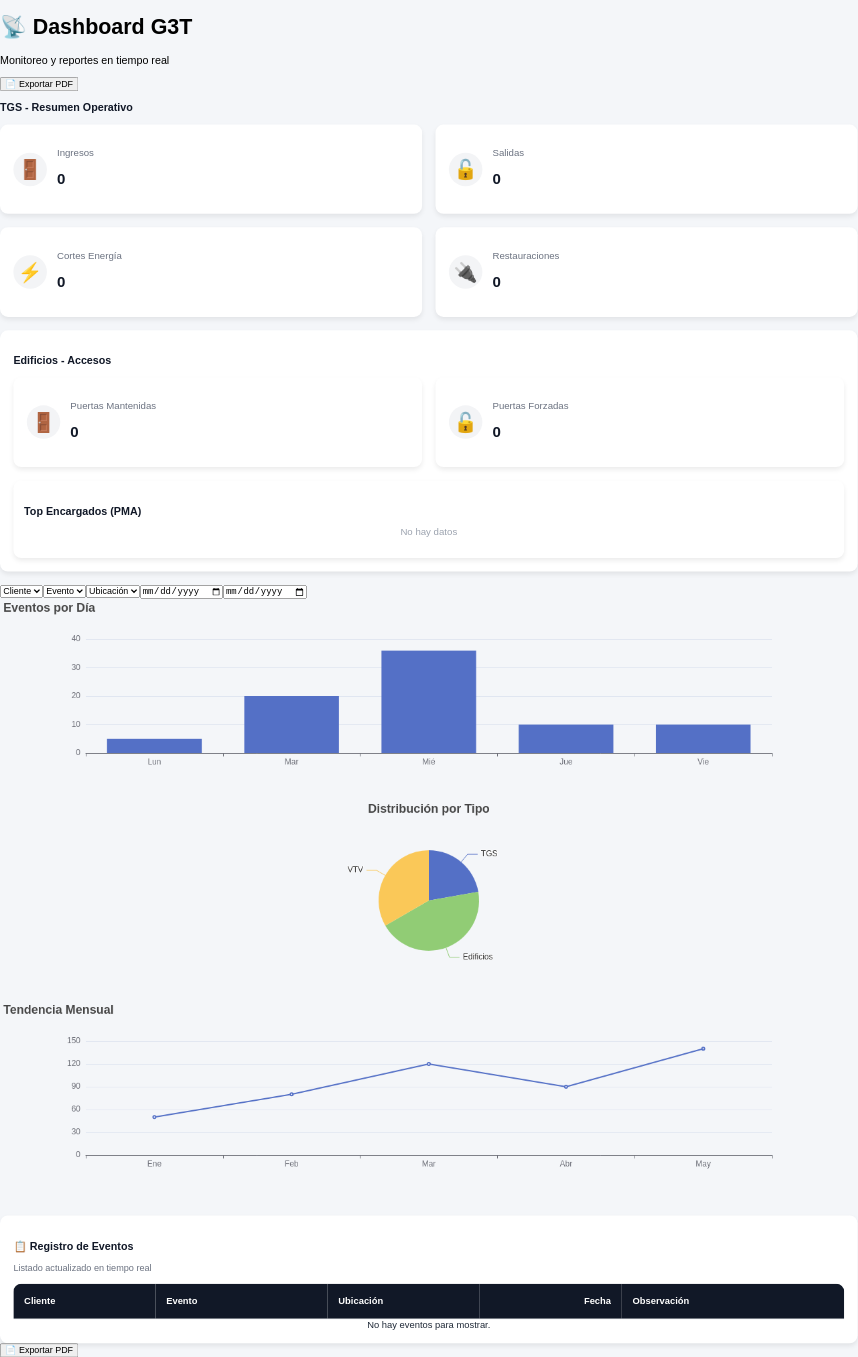
Repository: BBrian11/reportes
Page: /
The author's editor kept a copy of each file at every save. The page is drawn from the files as they stood at one save, then again after the next save.
The browser window is 1280 px wide. The pictures show the whole page, at 67% of full size.
The page's requests for data from a server got no answer. The project was rebuilt for these pictures with package versions that can differ from the ones it lists, and the page was loaded fresh each time. No one was signed in, and anything a server would have sent is missing. Also part of the build but not shown: vite.config.js, src/components/Dashboard/StatsCards.jsx, src/styles/form.css.

Above is the page before, as saved 2025-07-29 16:38:39.

### index.html
<!DOCTYPE html>
<html lang="es">
  <head>
    <meta charset="UTF-8" />
    <meta name="viewport" content="width=device-width, initial-scale=1.0" />
    <title>Dashboard G3T</title>
  </head>
  <body>
    <div id="root"></div>
    <script type="module" src="/src/main.jsx"></script>
  </body>
</html>

### src/main.jsx
import React from "react";
import ReactDOM from "react-dom/client";
import App from "./App.jsx";
import "./styles/dashboard.css";
import "./styles/form.css";

ReactDOM.createRoot(document.getElementById("root")).render(
  <React.StrictMode>
    <App />
  </React.StrictMode>
);

### src/App.jsx
import React from "react";
import Dashboard from "./components/Dashboard/Dashboard.jsx";

export default function App() {
  return <Dashboard />;
}

### src/styles/dashboard.css
body { font-family: Arial; margin: 0; background: #f4f6f9; }
.dashboard-banner { background: #203a43; color: #fff; padding: 15px; }
.stats-cards { display: flex; gap: 10px; margin: 10px; }
.card { background: white; padding: 15px; border-radius: 8px; box-shadow: 0 2px 6px rgba(0,0,0,0.1); }

### src/components/Dashboard/Dashboard.jsx
// src/components/Dashboard/Dashboard.jsx
import React, { useEffect, useState } from "react";
import Header from "./Header.jsx";
import StatsCards from "./StatsCards.jsx";
import Filters from "./Filters.jsx";
import Charts from "./Charts.jsx";
import EventsTable from "./EventsTable.jsx";
import ExportPDF from "./ExportPDF.jsx";

import { collection, onSnapshot } from "firebase/firestore";
import { db } from "../../services/firebase";
import "../../styles/dashboard.css";
import TgsStats from "./TgsStats.jsx";
import EdificioStats from "./EdificioStats.jsx";

export default function Dashboard() {
  const [eventos, setEventos] = useState([]);
  const [filtros, setFiltros] = useState({
    cliente: "",
    evento: "",
    ubicacion: "",
    fechaInicio: "",
    fechaFin: "",
  });

  // 🔹 Cargar datos de TODAS las colecciones
  useEffect(() => {
    const collections = [
      { path: "novedades/tgs/eventos", cliente: "TGS", eventoKey: "evento-tgs", ubicacionKey: "locaciones-tgs" },
      { path: "novedades/edificios/eventos", cliente: "Edificios", eventoKey: "evento-edificio" }, // 🔥 Sin ubicacionKey fijo
      { path: "novedades/vtv/eventos", cliente: "VTV", eventoKey: "evento-vtv", ubicacionKey: "planta-vtv" },
      { path: "novedades/barrios/eventos", cliente: "Barrios", eventoKey: "evento-barrios", ubicacionKey: "barrio" },
      { path: "novedades/otros/eventos", cliente: "Otros", eventoKey: "evento-otros", ubicacionKey: "otro" }
    ];


    const unsubscribes = collections.map(({ path, cliente, eventoKey, ubicacionKey }) =>
      onSnapshot(collection(db, path), (snapshot) => {
        const nuevos = snapshot.docs.map((doc) => {
          const d = doc.data();

          let ubicacion = "Sin Ubicación";

          if (cliente === "Edificios") {
            // ✅ Armar la ubicación con Edificio + Unidad
            const edificio = d["edificio"] || "";
            const unidad = d["unidad"] ? ` - ${d["unidad"]}` : "";
            ubicacion = edificio ? edificio + unidad : "Sin Ubicación";
          } else {
            // ✅ Para los demás clientes usamos ubicacionKey
            ubicacion = d[ubicacionKey] || "Sin Ubicación";
          }

          return {
            id: doc.id,
            cliente,
            evento: d[eventoKey] || "Sin Evento",
            ubicacion,
            fecha: d.fechaHoraEnvio
              ? new Date(d.fechaHoraEnvio.seconds * 1000).toLocaleString("es-AR")
              : "Sin Fecha",
            observacion: d[`observaciones-${cliente.toLowerCase()}`] || "Sin Observación",
          };
        });


        setEventos((prev) => {
          const filtradosPrev = prev.filter((e) => e.cliente !== cliente);
          return [...filtradosPrev, ...nuevos];
        });
      })
    );

    return () => unsubscribes.forEach((unsub) => unsub());
  }, []);

  // 🔍 Aplicar filtros
  const eventosFiltrados = eventos.filter((e) => {
    const fecha = new Date(e.fecha);
    const fechaInicio = filtros.fechaInicio ? new Date(filtros.fechaInicio) : null;
    const fechaFin = filtros.fechaFin ? new Date(filtros.fechaFin) : null;

    return (
      (!filtros.cliente || e.cliente === filtros.cliente) &&
      (!filtros.evento || e.evento === filtros.evento) &&
      (!filtros.ubicacion || e.ubicacion === filtros.ubicacion) &&
      (!fechaInicio || fecha >= fechaInicio) &&
      (!fechaFin || fecha <= fechaFin)
    );
  });

  return (
    <div className="dashboard-container">
      <Header />

      <TgsStats eventos={eventosFiltrados} />
      <EdificioStats eventos={eventosFiltrados} />
      <Filters filtros={filtros} setFiltros={setFiltros} eventos={eventos} />
      <Charts eventos={eventosFiltrados} />
      <EventsTable eventos={eventosFiltrados} />
      <ExportPDF eventos={eventosFiltrados} />
    </div>
  );

}

### src/components/Dashboard/Header.jsx
import React from 'react';

export default function Header() {
  return (
    <div className="bg-gradient-to-r from-blue-700 to-indigo-800 text-white p-4 rounded-lg shadow-md flex justify-between items-center mb-4">
      <div>
        <h1 className="text-xl font-bold">📡 Dashboard G3T</h1>
        <p className="text-sm">Monitoreo y reportes en tiempo real</p>
      </div>
      <button className="bg-white text-blue-900 px-4 py-2 rounded shadow hover:bg-gray-200 transition">
        📄 Exportar PDF
      </button>
    </div>
  );
}

### src/components/Dashboard/Filters.jsx
import React from 'react';

export default function Filters() {
  return (
    <div className="bg-white p-4 rounded-lg shadow mb-4 flex flex-wrap gap-2">
      <select className="border p-2 rounded w-full md:w-auto">
        <option>Cliente</option>
      </select>
      <select className="border p-2 rounded w-full md:w-auto">
        <option>Evento</option>
      </select>
      <select className="border p-2 rounded w-full md:w-auto">
        <option>Ubicación</option>
      </select>
      <input type="date" className="border p-2 rounded w-full md:w-auto" />
      <input type="date" className="border p-2 rounded w-full md:w-auto" />
    </div>
  );
}

### src/components/Dashboard/Charts.jsx
import React from 'react';
import BarChart from './BarChart.jsx';
import PieChart from './PieChart.jsx';
import LineChart from './LineChart.jsx';

export default function Charts() {
  return (
    <div className="grid grid-cols-1 lg:grid-cols-3 gap-4 mb-4">
      <BarChart />
      <PieChart />
      <LineChart />
    </div>
  );
}

### src/components/Dashboard/EventsTable.jsx
import React from "react";
import DataTable, { createTheme } from "react-data-table-component";
import "../../styles/eventstable.css";

// ✅ Tema personalizado para DataTable
createTheme("g3tTheme", {
  text: {
    primary: "#1f2937",
    secondary: "#6b7280",
  },
  background: {
    default: "#ffffff",
  },
  context: {
    background: "#2563eb",
    text: "#FFFFFF",
  },
  divider: {
    default: "#e5e7eb",
  },
  action: {
    button: "rgba(0,0,0,.54)",
    hover: "rgba(0,0,0,.08)",
    disabled: "rgba(0,0,0,.12)",
  },
});

export default function EventsTable({ eventos }) {
  const columns = [
    { name: "Cliente", selector: row => row.cliente, sortable: true, grow: 1.2 },
    { name: "Evento", selector: row => row.evento, sortable: true, grow: 1.5 },
    { name: "Ubicación", selector: row => row.ubicacion, grow: 1.3 },
    { name: "Fecha", selector: row => row.fecha, sortable: true, right: true, grow: 1.2 },
    { name: "Observación", selector: row => row.observacion, grow: 2, wrap: true },
  ];

  const customStyles = {
    headCells: {
      style: {
        fontWeight: "700",
        fontSize: "14px",
        backgroundColor: "#111827",
        color: "#fff",
        paddingTop: "12px",
        paddingBottom: "12px",
      },
    },
    cells: {
      style: {
        fontSize: "13px",
        paddingTop: "8px",
        paddingBottom: "8px",
      },
    },
    rows: {
      style: {
        "&:hover": {
          backgroundColor: "#f3f4f6",
          cursor: "pointer",
        },
      },
    },
  };

  return (
    <div className="event-table-card">
      <div className="table-header">
        <h3 className="table-title">
          📋 Registro de Eventos
        </h3>
        <span className="table-subtitle">Listado actualizado en tiempo real</span>
      </div>
      <DataTable
        columns={columns}
        data={eventos}
        pagination
        highlightOnHover
        responsive
        persistTableHead
        striped
        noDataComponent="No hay eventos para mostrar."
        theme="g3tTheme"
        customStyles={customStyles}
        paginationPerPage={10}
        paginationRowsPerPageOptions={[10, 20, 50]}
        fixedHeader
        fixedHeaderScrollHeight="400px"
      />
    </div>
  );
}

### src/components/Dashboard/ExportPDF.jsx
import React from 'react';

export default function ExportPDF() {
  const handleExport = () => {
    alert('Generación de PDF en desarrollo');
  };

  return (
    <div className="text-center mb-4">
      <button
        onClick={handleExport}
        className="bg-blue-600 text-white px-6 py-2 rounded shadow hover:bg-blue-700 transition"
      >
        📄 Exportar PDF
      </button>
    </div>
  );
}

### src/services/firebase.js
import { initializeApp } from "firebase/app";
import { getFirestore } from "firebase/firestore";
import { getAuth } from "firebase/auth";

const firebaseConfig = {
  apiKey: "AIzaSyCZcj7AOQoXHHn1vDiyoCQbDIQRMfvhOlA",
  authDomain: "reportesg3t.firebaseapp.com",
  projectId: "reportesg3t",
  storageBucket: "reportesg3t.appspot.com",
  messagingSenderId: "571918948751",
  appId: "1:571918948751:web:055d012f4e1f3f8de5d3fa"
};

const app = initializeApp(firebaseConfig);
export const db = getFirestore(app);
export const auth = getAuth(app);

### src/components/Dashboard/TgsStats.jsx
import React from "react";
import "../../styles/tgsstats.css";

export default function TgsStats({ eventos }) {
  const aperturas = eventos.filter(e => e.evento.includes("Ingreso de Personal")).length;
  const cierres = eventos.filter(e => e.evento.includes("Salida de Personal")).length;
  const cortes = eventos.filter(e => e.evento.includes("Corte de energía eléctrica")).length;
  const restauraciones = eventos.filter(e => e.evento.includes("Restauración de energía eléctrica")).length;

  const stats = [
    { icon: "🚪", label: "Ingresos", value: aperturas },
    { icon: "🔓", label: "Salidas", value: cierres },
    { icon: "⚡", label: "Cortes Energía", value: cortes },
    { icon: "🔌", label: "Restauraciones", value: restauraciones },
  ];

  return (
    <div className="tgs-card">
      <h3 className="section-title">TGS - Resumen Operativo</h3>
      <div className="stats-grid">
        {stats.map((item, idx) => (
          <div key={idx} className="stats-card">
            <div className="stats-icon">{item.icon}</div>
            <div>
              <p className="stats-title">{item.label}</p>
              <h2 className="stats-value">{item.value}</h2>
            </div>
          </div>
        ))}
      </div>
    </div>
  );
}

### src/components/Dashboard/EdificioStats.jsx
import React from "react";
import "../../styles/edificiostats.css";

export default function EdificioStats({ eventos }) {
  const totalPMA = eventos.filter(e => e.evento.includes("Puerta Mantenida Abierta")).length;
  const totalForzada = eventos.filter(e => e.evento.includes("Puerta Forzada")).length;

  const encargados = {};
  eventos.forEach(e => {
    if (e.evento.includes("Puerta Mantenida Abierta") && e.observacion?.includes("Encargado")) {
      encargados[e.observacion] = (encargados[e.observacion] || 0) + 1;
    }
  });

  const topEncargados = Object.entries(encargados).sort((a, b) => b[1] - a[1]).slice(0, 5);

  return (
    <div className="edificio-card">
      <h3 className="section-title">Edificios - Accesos</h3>

      {/* KPIs */}
      <div className="stats-grid">
        <div className="stats-card">
          <div className="stats-icon">🚪</div>
          <div>
            <p className="stats-title">Puertas Mantenidas</p>
            <h2 className="stats-value">{totalPMA}</h2>
          </div>
        </div>
        <div className="stats-card">
          <div className="stats-icon">🔓</div>
          <div>
            <p className="stats-title">Puertas Forzadas</p>
            <h2 className="stats-value">{totalForzada}</h2>
          </div>
        </div>
      </div>

      {/* Ranking como card */}
      <div className="ranking-card">
        <h4 className="ranking-title">Top Encargados (PMA)</h4>
        {topEncargados.length > 0 ? (
          <ul className="ranking-list">
            {topEncargados.map(([nombre, count], idx) => (
              <li key={idx} className="ranking-item">
                <span className="ranking-name">{nombre}</span>
                <span className="ranking-count">{count}</span>
              </li>
            ))}
          </ul>
        ) : (
          <p className="ranking-empty">No hay datos</p>
        )}
      </div>
    </div>
  );
}

### src/styles/statscards.css
.stats-grid {
    display: grid;
    grid-template-columns: 1fr;
    gap: 20px;
    margin-bottom: 20px;
  }

  @media (min-width: 768px) {
    .stats-grid {
      grid-template-columns: repeat(3, 1fr);
    }
  }

  .stats-card {
    background: #fff;
    padding: 20px;
    border-radius: 12px;
    box-shadow: 0 4px 8px rgba(0,0,0,0.08);
    display: flex;
    align-items: center;
    gap: 15px;
    transition: transform 0.2s ease, box-shadow 0.2s ease;
  }

  .stats-card:hover {
    transform: translateY(-4px);
    box-shadow: 0 8px 16px rgba(0,0,0,0.12);
  }

  .stats-icon {
    font-size: 2rem;
    background: #f3f4f6;
    border-radius: 50%;
    width: 50px;
    height: 50px;
    display: flex;
    align-items: center;
    justify-content: center;
  }

  .stats-title {
    font-size: 0.9rem;
    color: #6b7280;
    font-weight: 500;
  }

  .stats-value {
    font-size: 1.4rem;
    font-weight: bold;
    color: #111827;
  }

  .loading-message {
    text-align: center;
    font-size: 1rem;
    color: #9ca3af;
  }

### src/components/Dashboard/BarChart.jsx
import React, { useEffect } from 'react';
import * as echarts from 'echarts';

export default function BarChart() {
  useEffect(() => {
    const chart = echarts.init(document.getElementById('barChart'));
    chart.setOption({
      title: { text: 'Eventos por Día' },
      tooltip: {},
      xAxis: { data: ['Lun', 'Mar', 'Mié', 'Jue', 'Vie'] },
      yAxis: {},
      series: [{ type: 'bar', data: [5, 20, 36, 10, 10] }]
    });
  }, []);

  return <div id="barChart" style={{ height: '300px' }} className="bg-white rounded-lg shadow p-2"></div>;
}

### src/components/Dashboard/PieChart.jsx
import React, { useEffect } from 'react';
import * as echarts from 'echarts';

export default function PieChart() {
  useEffect(() => {
    const chart = echarts.init(document.getElementById('pieChart'));
    chart.setOption({
      title: { text: 'Distribución por Tipo', left: 'center' },
      series: [
        {
          type: 'pie',
          radius: '50%',
          data: [
            { value: 10, name: 'TGS' },
            { value: 20, name: 'Edificios' },
            { value: 15, name: 'VTV' }
          ]
        }
      ]
    });
  }, []);

  return <div id="pieChart" style={{ height: '300px' }} className="bg-white rounded-lg shadow p-2"></div>;
}

### src/components/Dashboard/LineChart.jsx
import React, { useEffect } from 'react';
import * as echarts from 'echarts';

export default function LineChart() {
  useEffect(() => {
    const chart = echarts.init(document.getElementById('lineChart'));
    chart.setOption({
      title: { text: 'Tendencia Mensual' },
      xAxis: { type: 'category', data: ['Ene', 'Feb', 'Mar', 'Abr', 'May'] },
      yAxis: { type: 'value' },
      series: [{ data: [50, 80, 120, 90, 140], type: 'line' }]
    });
  }, []);

  return <div id="lineChart" style={{ height: '300px' }} className="bg-white rounded-lg shadow p-2"></div>;
}

### src/styles/eventstable.css
.event-table-card {
    background: #fff;
    border-radius: 12px;
    box-shadow: 0 4px 8px rgba(0,0,0,0.08);
    padding: 20px;
    margin-top: 20px;
    overflow: hidden;
  }

  .table-header {
    display: flex;
    flex-direction: column;
    margin-bottom: 16px;
  }

  .table-title {
    font-size: 1rem;
    font-weight: 700;
    color: #111827;
    display: flex;
    align-items: center;
    gap: 8px;
  }

  .table-subtitle {
    font-size: 0.85rem;
    color: #6b7280;
  }

  .rdt_TableHeader {
    border-bottom: 1px solid #e5e7eb;
  }

  .rdt_Table {
    font-size: 14px;
  }

  .rdt_TableRow {
    transition: background 0.2s ease;
  }

  .rdt_TableRow:hover {
    background: #f9fafb;
  }

  .rdt_Pagination {
    border-top: 1px solid #e5e7eb;
    padding: 10px;
    font-size: 0.85rem;
  }

### src/styles/tgsstats.css
.section-title {
    font-size: 1rem;
    font-weight: bold;
    margin-bottom: 16px;
    color: #111827;
  }

  .stats-grid {
    display: grid;
    grid-template-columns: 1fr;
    gap: 20px;
  }

  @media (min-width: 768px) {
    .stats-grid {
      grid-template-columns: repeat(2, 1fr);
    }
  }

  .stats-card {
    background: #fff;
    padding: 20px;
    border-radius: 12px;
    box-shadow: 0 4px 8px rgba(0,0,0,0.08);
    display: flex;
    align-items: center;
    gap: 15px;
    transition: transform 0.2s ease, box-shadow 0.2s ease;
  }

  .stats-card:hover {
    transform: translateY(-4px);
    box-shadow: 0 8px 16px rgba(0,0,0,0.12);
  }

  .stats-icon {
    font-size: 1.8rem;
    background: #f3f4f6;
    border-radius: 50%;
    width: 50px;
    height: 50px;
    display: flex;
    align-items: center;
    justify-content: center;
  }

  .stats-title {
    font-size: 0.9rem;
    color: #6b7280;
    font-weight: 500;
  }

  .stats-value {
    font-size: 1.4rem;
    font-weight: bold;
    color: #111827;
  }

  .ranking-card {
    margin-top: 20px;
    background: #fff;
    padding: 16px;
    border-radius: 12px;
    box-shadow: 0 4px 8px rgba(0,0,0,0.08);
  }

  .ranking-card ul {
    list-style: none;
    padding: 0;
  }

  .ranking-card li {
    display: flex;
    justify-content: space-between;
    padding: 6px 0;
    font-size: 0.9rem;
  }

### src/styles/edificiostats.css
/* Card contenedor */
.edificio-card {
    background: #fff;
    border-radius: 12px;
    padding: 20px;
    margin-bottom: 20px;
    box-shadow: 0 4px 8px rgba(0,0,0,0.08);
  }

  /* Ranking Card */
  .ranking-card {
    margin-top: 20px;
    background: #fff;
    border-radius: 12px;
    padding: 16px;
    box-shadow: 0 4px 8px rgba(0,0,0,0.08);
    max-height: 250px;
    overflow-y: auto;
  }

  .ranking-title {
    font-size: 1rem;
    font-weight: 600;
    color: #111827;
    margin-bottom: 12px;
  }

  /* Lista */
  .ranking-list {
    list-style: none;
    padding: 0;
    margin: 0;
  }

  /* Ítems */
  .ranking-item {
    display: flex;
    justify-content: space-between;
    align-items: center;
    padding: 10px 12px;
    background: #f9fafb;
    border-radius: 8px;
    margin-bottom: 8px;
    font-size: 0.95rem;
    font-weight: 500;
    color: #374151;
    transition: background 0.2s ease;
  }

  .ranking-item:hover {
    background: #f3f4f6;
  }

  .ranking-name {
    max-width: 70%;
    white-space: nowrap;
    overflow: hidden;
    text-overflow: ellipsis;
  }

  .ranking-count {
    font-weight: bold;
    color: #2563eb;
  }

  .ranking-empty {
    text-align: center;
    color: #9ca3af;
    font-size: 0.9rem;
  }

After the next save:
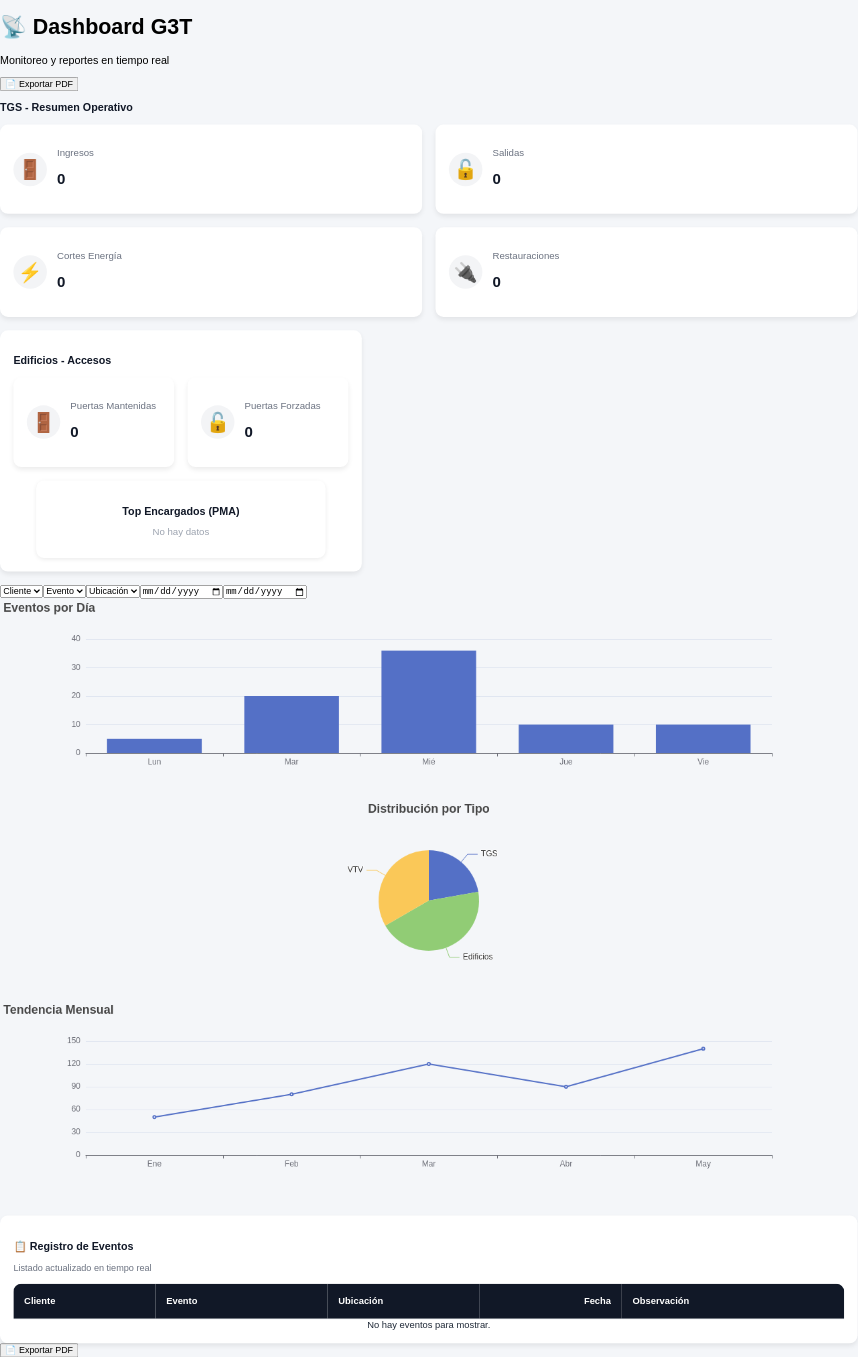
Saved 3 s later.
--- a/src/styles/edificiostats.css
+++ b/src/styles/edificiostats.css
@@ -1,28 +1,32 @@
-/* Card contenedor */
+/* Contenedor principal */
 .edificio-card {
     background: #fff;
     border-radius: 12px;
     padding: 20px;
     margin-bottom: 20px;
-    box-shadow: 0 4px 8px rgba(0,0,0,0.08);
+    box-shadow: 0 4px 8px rgba(0, 0, 0, 0.08);
+    max-width: 500px; /* ✅ Para que no se estire */
   }
 
-  /* Ranking Card */
+  /* Ranking Card (modo card real) */
   .ranking-card {
     margin-top: 20px;
     background: #fff;
     border-radius: 12px;
     padding: 16px;
-    box-shadow: 0 4px 8px rgba(0,0,0,0.08);
-    max-height: 250px;
-    overflow-y: auto;
+    box-shadow: 0 2px 6px rgba(0, 0, 0, 0.08);
+    max-width: 400px; /* ✅ Limita ancho */
+    margin-left: auto;
+    margin-right: auto; /* ✅ Centrado */
   }
 
+  /* Título */
   .ranking-title {
     font-size: 1rem;
     font-weight: 600;
     color: #111827;
     margin-bottom: 12px;
+    text-align: center;
   }
 
   /* Lista */
@@ -32,7 +36,7 @@
     margin: 0;
   }
 
-  /* Ítems */
+  /* Ítems tipo card */
   .ranking-item {
     display: flex;
     justify-content: space-between;
@@ -51,6 +55,7 @@
     background: #f3f4f6;
   }
 
+  /* Nombre */
   .ranking-name {
     max-width: 70%;
     white-space: nowrap;
@@ -58,11 +63,13 @@
     text-overflow: ellipsis;
   }
 
+  /* Contador */
   .ranking-count {
     font-weight: bold;
     color: #2563eb;
   }
 
+  /* Mensaje vacío */
   .ranking-empty {
     text-align: center;
     color: #9ca3af;
